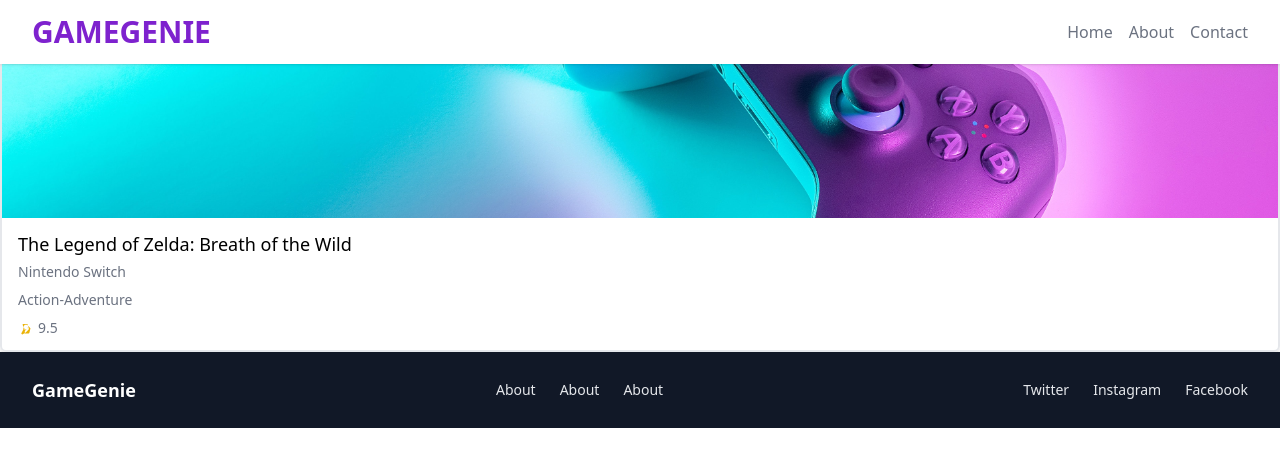
Repository: mfaeezshabbir/Gamegenie
Page: /signup
An editor plug-in stored every save of this project. The page is shown before and after the next save, followed by the edit.
The browser window is 1280 px wide. The pictures show the whole page.
The project was rebuilt for these pictures with package versions that can differ from the ones it lists, and the page was loaded fresh each time. The framework's server and built-in components were replaced by stand-ins that run in the browser. Also part of the build but not shown: next.config.js.

Above is the page before, as saved 2023-04-16 15:10:12.

### pages/_app.js
import Footer from "@/components/Footer/Footer";
import Header from "@/components/Header/Header";
import "@/styles/globals.css";

export default function App({ Component, pageProps }) {
  return (
    <>
      <Header />
      <Component {...pageProps} />
      <Footer />
    </>
  );
}

### pages/signup.jsx
import GameCard from '@/components/GameCard/GameCard'
import gameImage3 from '../public/images/game-image-3.jpg';

function signup() {
  return (
    <div>
      Signup
      <GameCard
        title="The Legend of Zelda: Breath of the Wild"
        imageSrc= {gameImage3}
        platform="Nintendo Switch"
        genre="Action-Adventure"
        rating="9.5"
      />

    </div>
  )
}

export default signup

### components/Footer/Footer.jsx
import Link from 'next/link';

function Footer() {
    return (
        <footer className="bg-gray-900 text-gray-200 py-6 bottom-0 min-w-full">
            <div className="max-w-7xl mx-auto px-4 sm:px-6 lg:px-8 flex flex-wrap justify-between items-center">
                <div className="w-full sm:w-auto mb-4 sm:mb-0">
                    <Link href="/" className="text-lg font-bold text-white hover:text-gray-400 transition-colors duration-300">GameGenie
                    </Link>
                </div>
                <div className="w-full sm:w-auto text-sm">
                    <ul className="flex flex-wrap gap-6">
                        <li>
                            <Link href="/about" className="hover:text-gray-400 transition-colors duration-300">
                                About
                            </Link>
                        </li>
                        <li>
                            <Link href="/about" className="hover:text-gray-400 transition-colors duration-300">
                                About
                            </Link>
                        </li>
                        <li>
                            <Link href="/about" className="hover:text-gray-400 transition-colors duration-300">
                                About
                            </Link>
                        </li>
                    </ul>
                </div>
                <div className="w-full sm:w-auto text-sm">
                    <ul className="flex flex-wrap gap-6">
                        <li>
                            <a href="https://twitter.com/GameGenie" target="_blank" rel="noopener noreferrer" className="hover:text-gray-400 transition-colors duration-300">
                                Twitter
                            </a>
                        </li>
                        <li>
                            <a href="https://www.instagram.com/GameGenie" target="_blank" rel="noopener noreferrer" className="hover:text-gray-400 transition-colors duration-300">
                                Instagram
                            </a>
                        </li>
                        <li>
                            <a href="https://www.facebook.com/GameGenie" target="_blank" rel="noopener noreferrer" className="hover:text-gray-400 transition-colors duration-300">
                                Facebook
                            </a>
                        </li>
                    </ul>
                </div>
            </div>
        </footer>
    );
}

export default Footer;

### components/Header/Header.jsx
import React, { useState } from 'react';
import Link from 'next/link';

function Header() {
    const [isMenuOpen, setIsMenuOpen] = useState(false);

    function toggleMenu() {
        setIsMenuOpen(!isMenuOpen);
    }

    function NavItem(props) {
        return (
            <Link href={props.href}>
                <div className="text-gray-500 hover:text-gray-900">{props.children}</div>
            </Link>
        );
    }


    function MobileMenu() {
        const links = [
            { href: '/', text: 'Home' },
            { href: '/about', text: 'About' },
            { href: '/contact', text: 'Contact' },
        ];

        return (
            <div className={`${isMenuOpen ? 'block' : 'hidden'} md:hidden`} id="mobile-menu">
                <div className="px-2 pt-2 pb-3 space-y-1 sm:px-3">
                    {links.map((link) => (
                        <NavItem key={link.href} href={link.href}>
                            {link.text}
                        </NavItem>
                    ))}
                </div>
            </div>
        );
    }

    return (
        <header className="bg-white shadow fixed w-full z-10">
            <div className="max-w-7xl mx-auto px-4 sm:px-6 lg:px-8">
                <nav className="flex justify-between items-center h-16">
                    <div className="flex-shrink-0 text-3xl text-purple-700 uppercase font-bold">
                        <Link href="/">
                            {/* <Logo className="h-6 w-6" alt="GameGenie logo" /> */}
                            Gamegenie
                        </Link>
                    </div>
                    <div className="hidden md:block">
                        <div className="ml-10 flex items-baseline space-x-4">
                            <NavItem href="/">Home</NavItem>
                            <NavItem href="/signup">About</NavItem>
                            <NavItem href="/contact">Contact</NavItem>
                        </div>
                    </div>
                    <div className="-mr-2 flex md:hidden">
                        <button
                            type="button"
                            onClick={toggleMenu}
                            className="inline-flex items-center justify-center p-2 rounded-md text-gray-400 hover:text-gray-500 hover:bg-gray-100 focus:outline-none focus:ring-2 focus:ring-offset-2 focus:ring-offset-gray-100 focus:ring-indigo-500"
                            aria-controls="mobile-menu"
                            aria-expanded="false"
                        >
                            <span className="sr-only">Open main menu</span>
                            <svg
                                className={`${isMenuOpen ? 'hidden' : 'block'} h-6 w-6`}
                                xmlns="http://www.w3.org/2000/svg"
                                fill="none"
                                viewBox="0 0 24 24"
                                stroke="currentColor"
                                aria-hidden="true"
                            >
                                <path strokeLinecap="round" strokeLinejoin="round" strokeWidth="2" d="M4 6h16M4 12h16M4 18h16" />
                            </svg>
                            <svg
                                className={`${isMenuOpen ? 'block' : 'hidden'} h-6 w-6`}
                                xmlns="http://www.w3.org/2000/svg"
                                fill="none"
                                viewBox="0 0 24 24"
                                stroke="currentColor"
                                aria-hidden="true"
                            >
                                <path strokeLinecap="round" strokeLinejoin="round" strokeWidth="2" d="M6 18L18 6M6 6l12 12" />
                            </svg>
                        </button>
                    </div>
                </nav>
            </div>
            <MobileMenu />
        </header>
    );
}

export default Header;

### styles/globals.css
@tailwind base;
@tailwind components;
@tailwind utilities;

:root::-webkit-scrollbar{
    display: none;
}

### components/GameCard/GameCard.jsx
import Image from "next/image";

const GameCard = ({ title, imageSrc, platform, genre, rating }) => {
  return (
    <div className="border-2 border-gray-200 rounded-md overflow-hidden shadow-md">
      <div className="relative h-48">
        <Image
          src={imageSrc}
          alt={title}
          layout="fill"
          objectFit="cover"
        />
      </div>
      <div className="px-4 py-3">
        <h3 className="font-medium text-lg mb-1">{title}</h3>
        <p className="text-gray-500 text-sm mb-2">{platform}</p>
        <p className="text-gray-500 text-sm mb-2">{genre}</p>
        <div className="flex items-center">
          <svg
            xmlns="http://www.w3.org/2000/svg"
            viewBox="0 0 20 20"
            fill="currentColor"
            className="w-4 h-4 text-yellow-500 mr-1"
          >
            <path
              fillRule="evenodd"
              d="M10 15.585l-4.146 2.146a1 1 0 01-1.32-.083l-.094-.104a1 1 0 01-.083-1.32l2.146-4.146a1 1 0 011.32-.083l.094.104.094-.104a1 1 0 01.083-1.32l-2.146-4.146a1 1 0 01.83-1.497l.165.001h4.293a1 1 0 01.975.757l1.317 5.268a1 1 0 01-.258.897l-3.585 3.585a1 1 0 01-.724.299 1 1 0 01-.697-.318zm-1.5-1.159a1 1 0 01.235-.974l3.585-3.585a1 1 0 01.158-1.269l-.094-.104-.094.104a1 1 0 01-.158 1.269L10.707 12H6.414l1.317-5.268a1 1 0 01.976-.757H11a1 1 0 01.697.318l3.585 3.585a1 1 0 01.258.897l-1.317 5.268a1 1 0 01-.975.757h-4.293a1 1 0 01-.165-.001l-.165-.024z"
              clipRule="evenodd"
            />
          </svg>
          <p className="text-gray-500 text-sm">{rating}</p>
        </div>
      </div>
    </div>
  );
};

export default GameCard;

Loaded but not shown: pages/_document.js (common file); tailwind.config.js (common file)

After the next save:
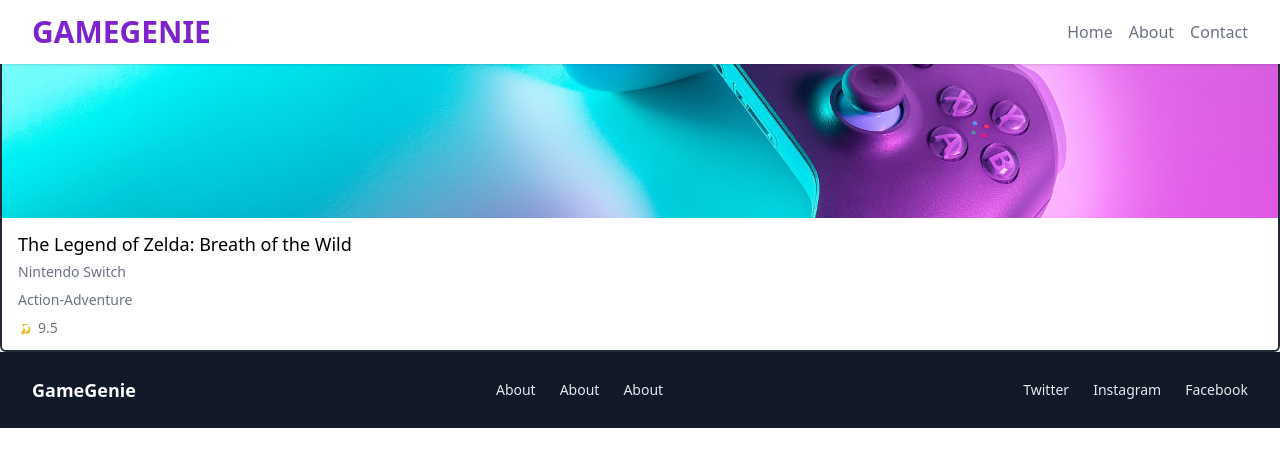
Saved 24 s later.
--- a/components/GameCard/GameCard.jsx
+++ b/components/GameCard/GameCard.jsx
@@ -2,7 +2,7 @@
 
 const GameCard = ({ title, imageSrc, platform, genre, rating }) => {
   return (
-    <div className="border-2 border-gray-200 rounded-md overflow-hidden shadow-md">
+    <div className="border-2 border-gray-800 rounded-md overflow-hidden shadow-md">
       <div className="relative h-48">
         <Image
           src={imageSrc}
